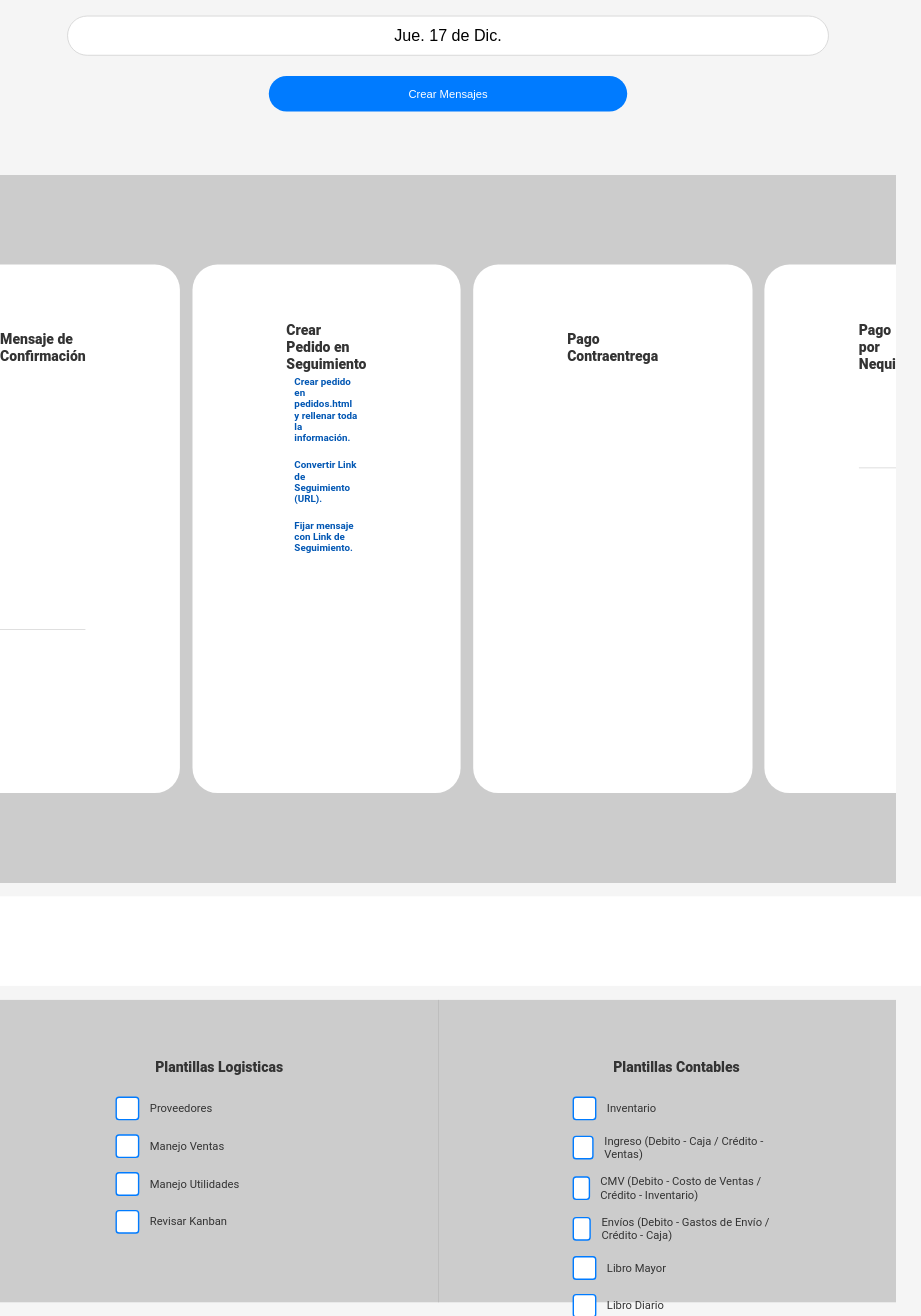
Repository: aCoupon0/intranet
Page: 1/venta-1.html
These files come from the project's save history. The page is drawn as it stood at one moment and after the next save; the edit follows.
The browser window is 1280 px wide. The page is 1316 px wide, so the pictures cover 1316 px, including what lies to the right of the window. The pictures show the part of the page from y = 1069 to 2949 px (the page is 2951 px tall before and 2643 px after), at 70% of full size.

Above is the page before, as saved 2024-12-13 13:21:58.

### 1/venta-1.html
<!DOCTYPE html>
<html lang="es">

<head>
    <meta charset="UTF-8">
    <meta name="viewport" content="width=device-width, initial-scale=1.0">
    <title>Intranet DermaBox</title>
    <link rel="stylesheet" href="../css/venta.css">
</head>

<body>
    <h1>Formulario de Pedido</h1>

    <!-- Inputs para los productos -->
    <input type="text" id="input-limpiador" class="input-texto" placeholder="Limpiador" value="Limpiador Hidratante de CeraVe">
    <input type="text" id="input-hidratante" class="input-texto" placeholder="Hidratante" value="Tónico Centella Asiatica">
    <input type="text" id="input-bloqueador" class="input-texto" placeholder="Bloqueador" value="ISDIN Fusion Water Magic SPF 50">
    <input type="text" id="input-potenciador" class="input-texto" placeholder="Potenciador" value="Sérum Hialurónico 2% + B5 The Ordinary">

    <!-- Inputs para los datos del cliente -->
    <input type="text" id="input-nombre" class="input-texto" placeholder="Nombre" value="Gabriel Paris">
    <input type="text" id="input-celular" class="input-texto" placeholder="Celular" value="3104738570">
    <input type="text" id="input-ciudad" class="input-texto" placeholder="Ciudad" value="Bogota">
    <input type="text" id="input-direccion" class="input-texto" placeholder="Dirección" value="Calle 144 #13-84">

    <!-- Inputs para código, cobro y método -->
    <input type="text" id="input-codigo" class="input-texto" placeholder="Código" value="19045">
    <input type="text" id="input-cobro" class="input-texto" placeholder="Cobro" value="300.000">
    <input type="text" id="input-metodo" class="input-texto" placeholder="Método de Pago" value="c">
    <input type="text" id="input-fecha" class="input-texto" placeholder="Fecha de Llegada" value="Jue. 17 de Dic.">

    <!-- Botón para enviar -->
    <button id="boton-enviar" class="boton-enviar">Crear Mensajes</button>

    <div class="primera-fase">
        <div class="section-dual">
            <div class="section-dual-title">Mensaje de Confirmación</div>
            <div class="section-dual-1"></div>
            <div class="section-dual-2"></div>
        </div>
        <div class="section-dual">
            <div class="section-dual-title">Crear Pedido en Seguimiento</div>
            <div class="section-dual-instruction">Crear pedido en pedidos.html y rellenar toda la información.</div>
            <div class="section-dual-instruction">Convertir Link de Seguimiento (URL).</div>
            <div class="section-dual-instruction">Fijar mensaje con Link de Seguimiento.</div>
        </div>
        <div class="section-dual">
            <div class="section-dual-title">Pago Contraentrega</div>
            <div class="section-dual-3"></div>
        </div>
        <div class="section-dual">
            <div class="section-dual-title">Pago por Nequi</div>
            <div class="section-dual-4"></div>
            <div class="section-dual-5"></div>
        </div>

    </div>

    <div class="segunda-fase">

    </div>

    <div class="tercera-fase">
        <div class="tercera-fase-1">
            <p class="tercera-title">Plantillas Logisticas</p>
            <div class="instruccion-logistica">
                <div class="checkbox" onclick="toggleCheckbox(this)"></div>
                <div class="instruccion">Proveedores</div>
            </div>
            <div class="instruccion-logistica">
                <div class="checkbox" onclick="toggleCheckbox(this)"></div>
                <div class="instruccion">Manejo Ventas</div>
            </div>
            <div class="instruccion-logistica">
                <div class="checkbox" onclick="toggleCheckbox(this)"></div>
                <div class="instruccion">Manejo Utilidades</div>
            </div>
            <div class="instruccion-logistica">
                <div class="checkbox" onclick="toggleCheckbox(this)"></div>
                <div class="instruccion">Revisar Kanban</div>
            </div>
        </div>
        <div class="tercera-fase-2">
            <p class="tercera-title">Plantillas Contables</p>
            <div class="instruccion-logistica">
                <div class="checkbox" onclick="toggleCheckbox(this)"></div>
                <div class="instruccion">Inventario</div>
            </div>
            <div class="instruccion-logistica">
                <div class="checkbox" onclick="toggleCheckbox(this)"></div>
                <div class="instruccion">Ingreso (Debito - Caja  /  Crédito - Ventas)</div>
            </div>
            <div class="instruccion-logistica">
                <div class="checkbox" onclick="toggleCheckbox(this)"></div>
                <div class="instruccion">CMV (Debito - Costo de Ventas  /  Crédito - Inventario)</div>
            </div>
            <div class="instruccion-logistica">
                <div class="checkbox" onclick="toggleCheckbox(this)"></div>
                <div class="instruccion">Envíos (Debito - Gastos de Envío  /  Crédito - Caja)</div>
            </div>
            <div class="instruccion-logistica">
                <div class="checkbox" onclick="toggleCheckbox(this)"></div>
                <div class="instruccion">Libro Mayor</div>
            </div>
            <div class="instruccion-logistica">
                <div class="checkbox" onclick="toggleCheckbox(this)"></div>
                <div class="instruccion">Libro Diario</div>
            </div>
        </div>
    </div>

    <script src="../js/ventas-shared.js"></script>
</body>

</html>

### css/venta.css
body {
    font-family: 'Roboto', system-ui, -apple-system, BlinkMacSystemFont, 'Segoe UI', sans-serif;
    margin: 0;
    padding: 0;
    display: flex;
    justify-content: center;
    align-items: center;
    height: auto;
    flex-direction: column;
    background-color: #f5f5f5;
    color: #333;
    gap: 1.5vw;
    padding-top: 5vh;
    overflow-x: hidden;   /* Permitir scroll horizontal */
    overflow-y: auto;
}

input {
    width: 85vw; /* Ocupa el 80% del ancho del contenedor */
    height: 8vh; /* Altura dinámica según el viewport */
    padding: 5px;
    font-size: 23px;
    border: 1px solid #ccc;
    border-radius: 5vw;
    margin-bottom: 10px; /* Separación del botón */
    box-sizing: border-box;
    text-align: center;
}

.boton-enviar {
    width: 40%; /* Mismo ancho que el input */
    padding: 10px;
    height: 7vh; /* Misma altura que el input */
    font-size: 1rem;
    background-color: #007BFF;
    color: white;
    border: none;
    border-radius: 5vw;
    cursor: pointer;
    transition: background-color 0.3s;
    text-align: center;
}

.boton-enviar:hover {
    background-color: #0056b3;
}


.primera-fase {
    width: auto;
    height: auto;
    padding: 10vw 15vw 10vw 15vw;
    display: flex;
    justify-content: center;
    align-content: center;
    background-color: #ccc;
    flex-direction: row;
    gap: 2%;
    margin-top: 10vh;
    overflow-x: auto;   /* Permitir scroll horizontal */
    overflow-y: hidden;
}

.section-dual {
    width: auto;
    height: 80vh;
    padding: 10% 15% 10% 15%;
    border-radius: 5vh;
    display: flex;
    flex-direction: column;
    background-color: #ffffff;
    justify-content: flex-start;
    align-items: center;
}

.section-dual-title {
    width: 100%;
    height: 10%;
    display: flex;
    justify-content: center;
    align-items: center;
    font-size: 20px;
    font-weight: 800;
}

.section-dual-instruction {
    width: 100%;
    height: auto;
    display: flex;
    justify-content: flex-start;
    align-items: center;
    font-size: 14px;
    font-weight: 600;
    padding: 10%;
    box-sizing: border-box;
    color: #0056b3;
}

.section-dual-1 {
    width: 100%;
    height: 65%;
    border-bottom: 1px solid rgba(128, 128, 128, 0.339);
    display: flex;
    justify-content: flex-start;
    align-items: center;
    text-align: left;
    box-sizing: border-box;
    font-size: 13px;
    font-weight: 400;
    padding: 5%;
}


.section-dual-2 {
    width: 100%;
    height: 25%;
    display: flex;
    justify-content: flex-start;
    align-items: center;
    text-align: left;
    box-sizing: border-box;
    font-size: 13px;
    font-weight: 400;
    padding: 5%;
}

.section-dual-3 {
    width: 100%;
    height: 75%;
    display: flex;
    justify-content: flex-start;
    align-items: center;
    text-align: left;
    flex-direction: column;
    box-sizing: border-box;
    font-size: 13px;
    font-weight: 400;
    padding: 5%;
}

.section-dual-4 {
    width: 100%;
    height: 25%;
    border-bottom: 1px solid rgba(128, 128, 128, 0.339);
    display: flex;
    justify-content: flex-start;
    align-items: center;
    text-align: left;
    box-sizing: border-box;
    font-size: 13px;
    font-weight: 400;
    padding: 5%;
}


.section-dual-5 {
    width: 100%;
    height: 65%;
    display: flex;
    justify-content: flex-start;
    align-items: center;
    text-align: left;
    box-sizing: border-box;
    font-size: 13px;
    font-weight: 400;
    padding: 5%;
    flex-direction: column;
}


.segunda-fase {
    width: 100%;
    height: auto;
    padding: 5% 5vh 5% 5vh;
    display: flex;
    justify-content: center;
    align-content: center;
    background-color: #ffffff;
    flex-direction: column;
}

.producto-item {
    display: flex;
    align-items: center;
    justify-content: center;
    width: 100%;
    height: auto;
    padding: 3% 10% 3% 10%;
    box-sizing: border-box;
}

.producto-checkbox {
    width: 50px; /* Tamaño de la checkbox */
    height: 50px; /* Tamaño de la checkbox */
    cursor: pointer; /* Cambia el cursor para indicar interactividad */
    display: flex;
    justify-content: center;
    align-items: center;
}

.producto-checkbox input[type="checkbox"] {
    width: 25px; /* Ancho del área del checkbox */
    height: 25px; /* Alto del área del checkbox */
    cursor: pointer; /* Cambia el cursor para indicar interactividad */
    accent-color: #007BFF; /* Cambia el color del checkbox (en navegadores compatibles) */
    margin-right: 10px; /* Espacio entre el checkbox y el texto */
}

.producto-item span {
    font-size: 18px; /* Tamaño del texto */
    line-height: 1.5; /* Espaciado para mejor lectura */
    font-weight: 800; /* Peso de la fuente para hacerla más visible */
    color: #333; /* Color del texto */
    font-size: 30px;
}




.tercera-fase {
    width: 100%;
    height: auto;
    display: flex;
    justify-content: center;
    align-content: center;
    flex-direction: row;
    background-color: #ccc;
    flex-direction: row;
    gap: 2%;
}


.tercera-fase-1 {
    width: 50%;
    height: 60vh;
    border-right: 1px solid rgb(184, 184, 184);
    display: flex;
    justify-content: flex-start;
    align-items: center;
    flex-direction: column;
    padding: 5% 10% 5% 10%;
    box-sizing: border-box;
    text-align: left;
}

.tercera-fase-2 {
    width: 50%;
    height: 60vh;
    display: flex;
    justify-content: flex-start;
    align-items: center;
    flex-direction: column;
    padding: 5% 10% 5% 10%;
    box-sizing: border-box;
    text-align: left;
}

.tercera-title {
    font-size: 20px;
    font-weight: 800;
}


.instruccion-logistica {
    display: flex; /* Alinea los elementos horizontalmente */
    align-items: center; /* Centra los elementos verticalmente */
    width: 80%; /* Ancho del contenedor */
    height: auto; /* Altura automática */
    margin: 10px 0; /* Espaciado vertical */
}

/* Checkbox personalizado */
.checkbox {
    width: 30px; /* Tamaño del checkbox */
    height: 30px;
    background-color: white; /* Color inicial (blanco) */
    border: 2px solid #007BFF; /* Borde azul */
    border-radius: 5px; /* Bordes redondeados */
    cursor: pointer; /* Cambia el cursor al pasar por encima */
    margin-right: 15px; /* Espaciado respecto al texto */
    transition: background-color 0.3s ease; /* Animación al cambiar el color */
}

/* Instrucción a la derecha */
.instruccion {
    font-size: 16px; /* Tamaño de fuente */
    color: #333; /* Color del texto */
}

### js/ventas-shared.js
document.getElementById("boton-enviar").addEventListener("click", () => {
    const nombre = document.getElementById("input-nombre").value.trim();
    const codigo = document.getElementById("input-codigo").value.trim();
    const limpiador = document.getElementById("input-limpiador").value.trim();
    const hidratante = document.getElementById("input-hidratante").value.trim();
    const bloqueador = document.getElementById("input-bloqueador").value.trim();
    const potenciador = document.getElementById("input-potenciador").value.trim();
    const ciudad = document.getElementById("input-ciudad").value.trim();
    const direccion = document.getElementById("input-direccion").value.trim();
    const cobro = document.getElementById("input-cobro").value.trim();

    // Construir el mensaje con saltos de línea en HTML
    let mensaje = `Hola *${nombre}*.<br><br>Gracias por tu compra en DermaBox. Tu pedido *#${codigo}* ha sido confirmado y está en preparación.<br><br>Por favor confirma los siguientes datos:<br><br>*Pedido*<br>`;

    if (limpiador) mensaje += ` - *${limpiador}*<br>`;
    if (hidratante) mensaje += ` - *${hidratante}*<br>`;
    if (bloqueador) mensaje += ` - *${bloqueador}*<br>`;
    if (potenciador) mensaje += ` - *${potenciador}*<br>`;
    if (cobro) mensaje += ` - *${cobro}*<br>`;

    mensaje += `<br>*Información del Cliente*<br>`;
    if (nombre) mensaje += ` - *${nombre}*<br>`;
    if (ciudad) mensaje += ` - *${ciudad}*<br>`;
    if (direccion) mensaje += ` - *${direccion}*<br>`;


    // Mostrar el mensaje en el div correspondiente
    const sectionDual1 = document.querySelector(".section-dual-1");
    sectionDual1.innerHTML = mensaje; // Asignar el HTML con saltos de línea


    // Construir el mensaje para section-dual-2
    const mensaje2 = `Para hacer el envío necesitamos los siguientes datos:<br><br> - Número de cédula<br> - Detalles de dirección (Casa, Conjunto, Edificio...)<br>`;

    // Mostrar el mensaje en section-dual-2
    const sectionDual2 = document.querySelector(".section-dual-2");
    sectionDual2.innerHTML = mensaje2;



    const metodoPago = document.querySelector("#input-metodo").value;
    const fechaLlegada = document.querySelector("#input-fecha").value; // Asegúrate de que esta variable obtenga el input correcto para la fecha.
    const linkSeguimiento = "https://tu-link-de-seguimiento.com"; // Proporciona aquí el link de seguimiento.

    if (metodoPago === "n") {
        // Rellenar section-dual-4
        const sectionDual4 = document.querySelector(".section-dual-4");
        sectionDual4.innerHTML = `
            Perfecto!<br>
            Indicaste que preferías el pago por Nequi, aquí tienes los datos para realizar el envío:
        `;

        // Rellenar section-dual-5
        const sectionDual5 = document.querySelector(".section-dual-5");
        sectionDual5.innerHTML = `
            Super!<br>
            Tu DermaBox está en camino y llegará aproximadamente el *${fechaLlegada}*. <br>
            Este es el link de tu cuenta en DermaBox <br>
            Aquí puedes revisar el estado de tu pedido, ver nuevamente cómo aplicar tu rutina, acceder al *Qué Hacer Hoy*, pedir productos que omitiste, ordenar una nueva DermaBox cuando se te acabe la actual y muchas más cosas.<br>
            Dicho esto, muchas gracias por confiar en nosotros. Estaremos atentos a cualquier pregunta que puedas tener.<br>
            Y no te olvides de seguir las precauciones recomendadas.<br>
            ¡Hasta Pronto!
        `;
    } else if (metodoPago === "c") {
        // Rellenar section-dual-5
        const sectionDual3 = document.querySelector(".section-dual-3");
        sectionDual3.innerHTML = `
            Super!<br>
            Tu DermaBox está en camino y llegará aproximadamente el *${fechaLlegada}*.<br>
            Recuerda tener el dinero preparado o dejarlo en casa si no estarás presente al momento de la entrega.<br>
            Este es el link de tu cuenta en DermaBox <br>
            Aquí puedes revisar nuevamente cómo aplicar tu rutina, acceder al *Qué Hacer Hoy*, pedir productos que omitiste, ordenar una nueva DermaBox cuando se te acabe la actual y muchas más cosas.<br>
            Dicho esto, muchas gracias por confiar en nosotros. Estaremos atentos a cualquier pregunta que puedas tener.<br>
            ¡Hasta Pronto!
        `;
    }





    const segundaFase = document.querySelector(".segunda-fase");
    segundaFase.innerHTML = ""; // Limpia el contenido existente antes de agregar la lista.

    // Inputs de los productos
    const productos = [
        { id: "input-limpiador", nombre: "Limpiador" },
        { id: "input-hidratante", nombre: "Hidratante" },
        { id: "input-bloqueador", nombre: "Bloqueador" },
        { id: "input-potenciador", nombre: "Potenciador" },
    ];

    // Crear una lista dinámica
    productos.forEach(producto => {
        const valor = document.querySelector(`#${producto.id}`).value.trim();

        if (valor) {
            // Crear un contenedor para cada item
            const itemContainer = document.createElement("div");
            itemContainer.className = "producto-item";
            itemContainer.style.display = "flex";
            itemContainer.style.alignItems = "center";
            itemContainer.style.marginBottom = "8px";

            // Crear la checkbox
            const checkbox = document.createElement("input");
            checkbox.type = "checkbox";
            checkbox.className = "producto-checkbox";
            checkbox.style.marginRight = "10px";

            // Crear el texto del producto
            const texto = document.createElement("span");
            texto.textContent = valor;

            // Agregar checkbox y texto al contenedor
            itemContainer.appendChild(checkbox);
            itemContainer.appendChild(texto);

            // Agregar el contenedor a la segunda-fase
            segundaFase.appendChild(itemContainer);
        }
    });
});



// Función para alternar el color del checkbox
function toggleCheckbox(element) {
    // Cambia el color del fondo según el estado actual
    if (element.style.backgroundColor === "rgb(0, 123, 255)") {
        element.style.backgroundColor = "white"; // Vuelve al color blanco
    } else {
        element.style.backgroundColor = "#007BFF"; // Cambia al azul
    }
}

After the next save:
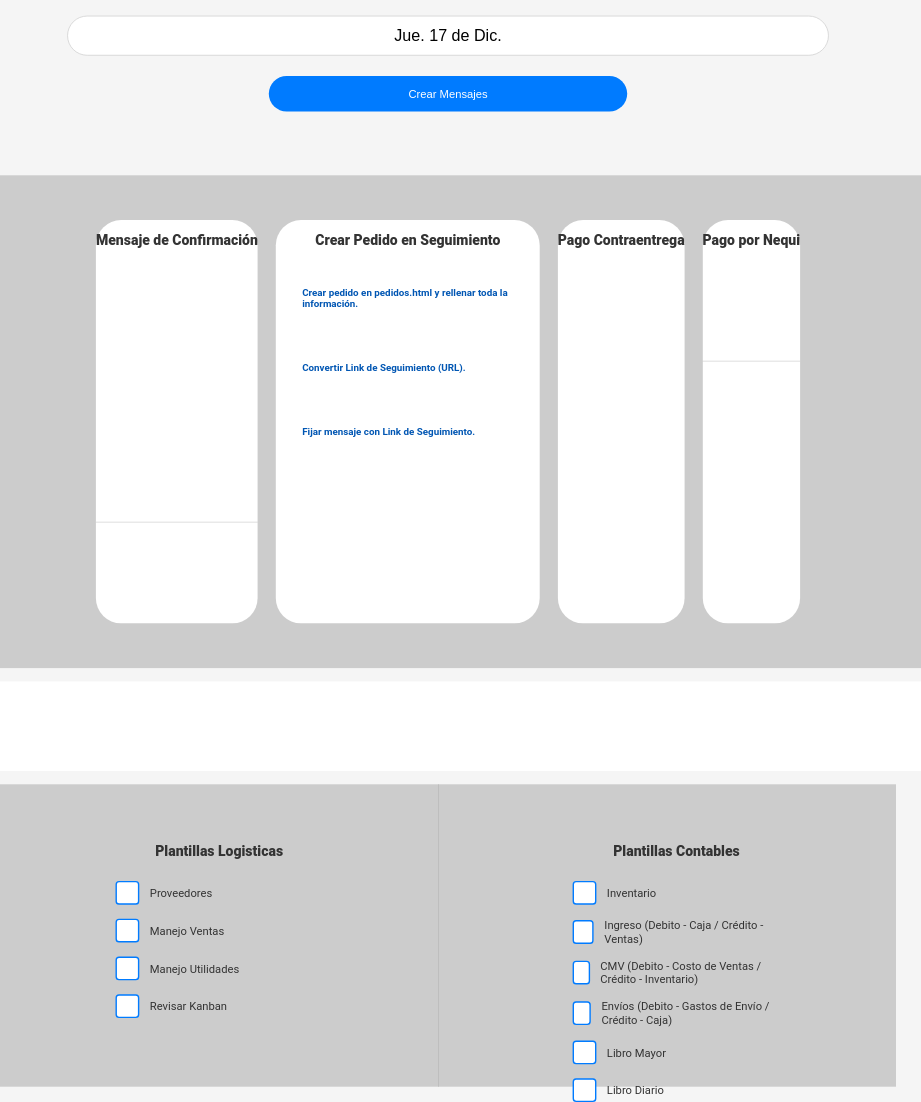
Saved 26 s later.
--- a/css/venta.css
+++ b/css/venta.css
@@ -47,9 +47,9 @@ input {
 
 
 .primera-fase {
-    width: auto;
-    height: auto;
-    padding: 10vw 15vw 10vw 15vw;
+    width: 100%;
+    height: auto;
+    padding: 5% 5vh 5% 5vh;
     display: flex;
     justify-content: center;
     align-content: center;
@@ -64,7 +64,6 @@ input {
 .section-dual {
     width: auto;
     height: 80vh;
-    padding: 10% 15% 10% 15%;
     border-radius: 5vh;
     display: flex;
     flex-direction: column;
